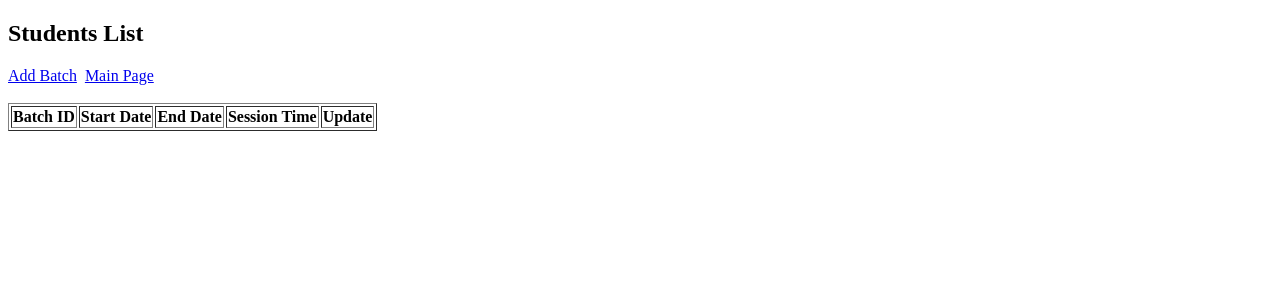
Repository: thomaschuajk/pgfsd_phase2project
Page: http://localhost/ZumbaRegApp/batcheslist
These files come from the project's save history. The page is drawn as it stood at one moment and after the next save; the edit follows.
The browser window is 1280 px wide. The pictures show the whole page.
The page is served by Tomcat 10. Other server files are loaded and not shown. Queries for data that is not in the repository find no rows.

Above is the page before, as saved 2024-03-17 12:59:05.

### ZumbaRegApp/src/main/webapp/batchesList.jsp
<%@ page language="java" contentType="text/html; charset=ISO-8859-1"
    pageEncoding="ISO-8859-1"%>
    <%@ taglib uri = "http://java.sun.com/jsp/jstl/core" prefix = "c" %>
<!DOCTYPE html>
<html>
<head>
<meta charset="ISO-8859-1">
<title>Insert title here</title>
</head>
<body>

<h2>Students List</h2>

	<table border="1">
		<thead>
			<tr>
				<th>Batch ID</th>
				<th>Start Date</th>
				<th>End Date</th>
				<th>Session Time</th>
				<th>Update</th>
			</tr>
		</thead>
		<tbody>

			<c:forEach var="batch" items="${batches}">
		                <tr>
		                    <td>${batch.getBatchId()}</td>
		                    <td>${batch.getStartDate()}</td>
		                    <td>${batch.getEndDate()}</td>
		                    <td>${batch.getSessionTime()}</td>
		                    <td>
		                        <a href="editbatch?id=${batch.getBatchId()}">Delete</a>&nbsp;
		                        <a href="deletebatch?id=${batch.getBatchId()}">Delete</a>
		                    </td>
		                </tr>
		     </c:forEach>
		     <a href="batchform">Add Batch</a>&nbsp;
		     <a href="index.jsp">Main Page</a>
		     <br><br>

		</tbody>
	</table>


</body>
</html>

### ZumbaRegApp/src/main/java/com/zumba/app/BatchesListServlet.java
package com.zumba.app;

import jakarta.servlet.ServletException;
import jakarta.servlet.annotation.WebServlet;
import jakarta.servlet.http.HttpServlet;
import jakarta.servlet.http.HttpServletRequest;
import jakarta.servlet.http.HttpServletResponse;
import java.io.IOException;
import java.util.List;

/**
 * Servlet implementation class BatchesListServlet
 */
public class BatchesListServlet extends HttpServlet {
	private static final long serialVersionUID = 1L;

	private BatchDAO _batchDAO;

    /**
     * Default constructor.
     */
    public BatchesListServlet() {
        _batchDAO = new BatchDAO();
    }

	/**
	 * @see HttpServlet#doGet(HttpServletRequest request, HttpServletResponse response)
	 */
	protected void doGet(HttpServletRequest request, HttpServletResponse response) throws ServletException, IOException {
		List<Batch> batches = this._batchDAO.GetAllBatches();
		System.out.println(batches.size());
		//HttpSession session =  request.getSession(true);
		//session.setAttribute("students", students);
		request.setAttribute("batches", batches);
		request.getRequestDispatcher("batchesList.jsp").forward(request, response);
	}

}

After the next save:
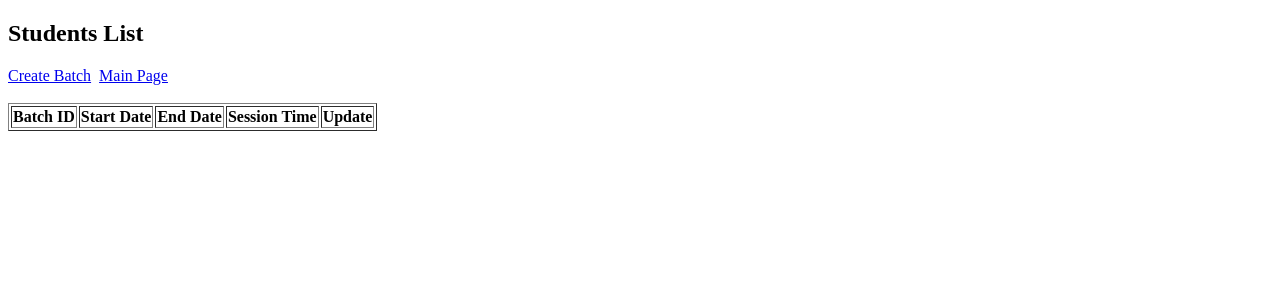
Saved 23 s later.
--- a/ZumbaRegApp/src/main/webapp/batchesList.jsp
+++ b/ZumbaRegApp/src/main/webapp/batchesList.jsp
@@ -30,12 +30,12 @@
 		                    <td>${batch.getEndDate()}</td>
 		                    <td>${batch.getSessionTime()}</td>
 		                    <td>
-		                        <a href="editbatch?id=${batch.getBatchId()}">Delete</a>&nbsp;
+		                        <a href="editbatch?id=${batch.getBatchId()}">Edit</a>&nbsp;
 		                        <a href="deletebatch?id=${batch.getBatchId()}">Delete</a>
 		                    </td>
 		                </tr>
 		     </c:forEach>
-		     <a href="batchform">Add Batch</a>&nbsp;
+		     <a href="batchform">Create Batch</a>&nbsp;
 		     <a href="index.jsp">Main Page</a>
 		     <br><br>
 
